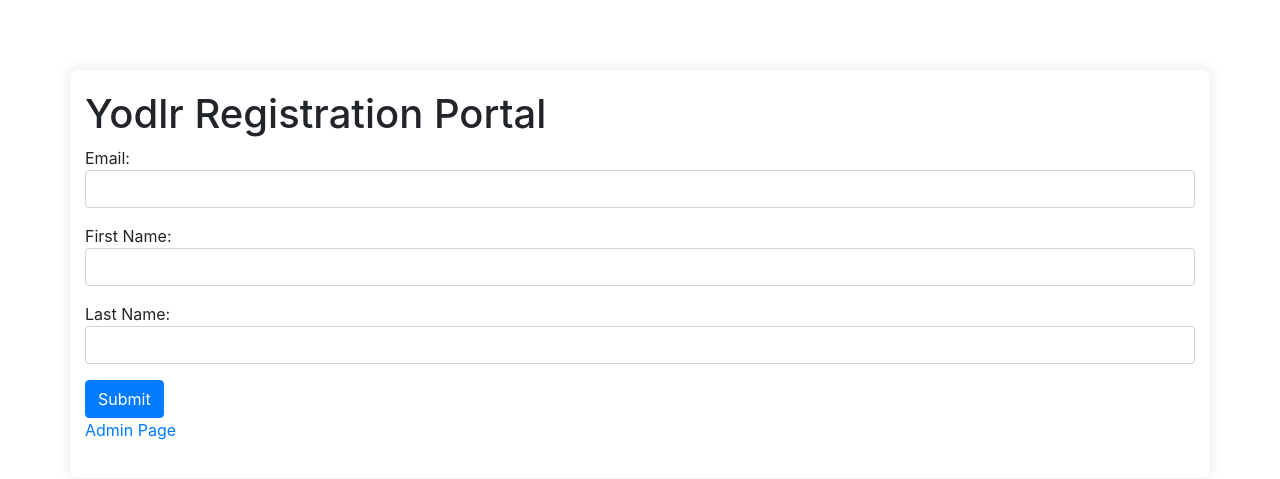
Repository: rmdayberry/yodlr-take-home
Page: public/signup.html
The author's editor kept a copy of each file at every save. The page is drawn from the files as they stood at one save, then again after the next save.
The browser window is 1280 px wide. The pictures show the whole page.

Above is the page before, as saved 2024-10-09 08:51:07.

After the next save:
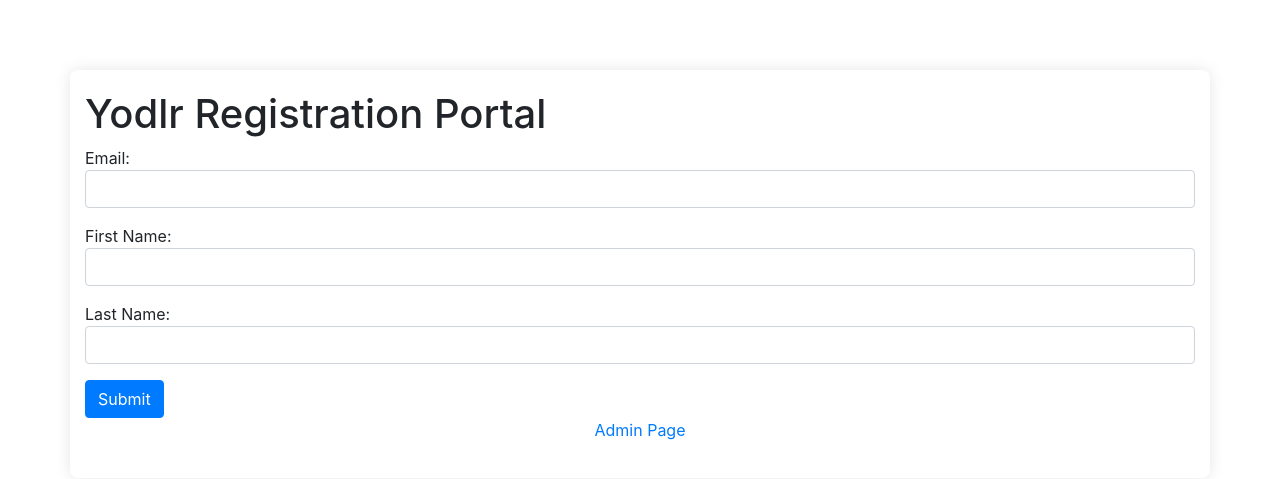
Saved 106 s later.
--- a/public/signup.html
+++ b/public/signup.html
@@ -59,9 +59,11 @@
         </div>
         <button type="submit" class="btn btn-primary">Submit</button>
       </form>
-      <p>
-        <a href="/admin.html">Admin Page</a>
-      </p>
+      <div class="text-center">
+        <p>
+          <a href="/admin.html">Admin Page</a>
+        </p>
+      </div>
     </div>
   </body>
 </html>
